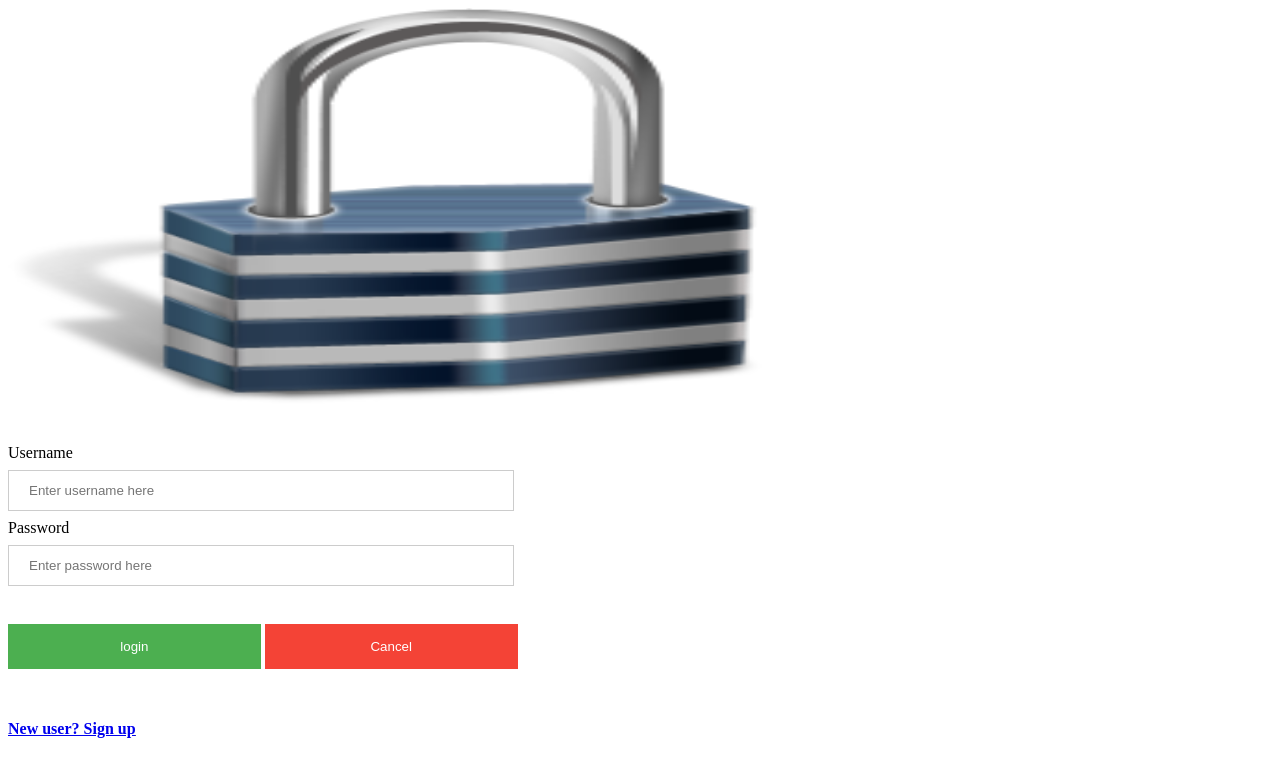
Repository: SwapnilYeldi/Project-2
Page: frontend/WebContent/views/login.html
The author's editor kept a copy of each file at every save. The page is drawn from the files as they stood at one save, then again after the next save.
The browser window is 1280 px wide. The pictures show the whole page.

Above is the page before, as saved 2017-07-20 11:30:31.

After the next save:
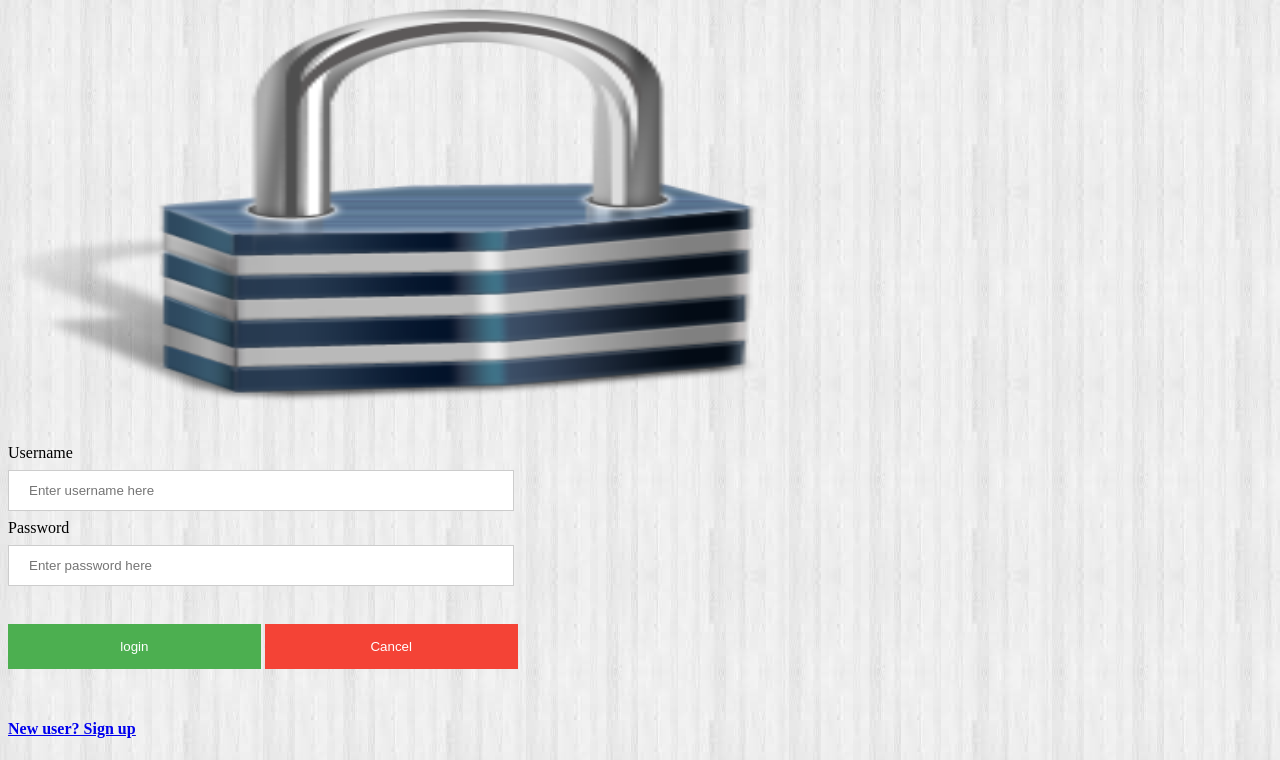
Saved 18 s later.
--- a/frontend/WebContent/views/login.html
+++ b/frontend/WebContent/views/login.html
@@ -43,9 +43,14 @@ background-color: #4CAF50;
     float: center;
     width: 20%;
 }
+
+body{
+	background-image: url("images/login.jpg");
+
+}
 </style>
 
-<body "background-image: url('images/login.jpg');">
+<body>
 
 <form> <!-- action="perform_login" method="post"> -->
 
